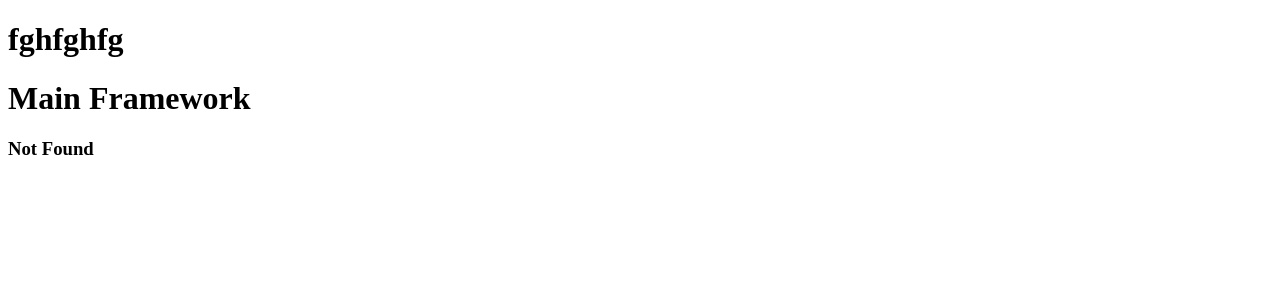
Repository: GregorPiev/angularjs-add-book
Page: index.html
An editor plug-in stored every save of this project. The page is shown before and after the next save, followed by the edit.
The browser window is 1280 px wide. The pictures show the whole page.

Above is the page before, as saved 2020-09-23 15:30:20.

After the next save:
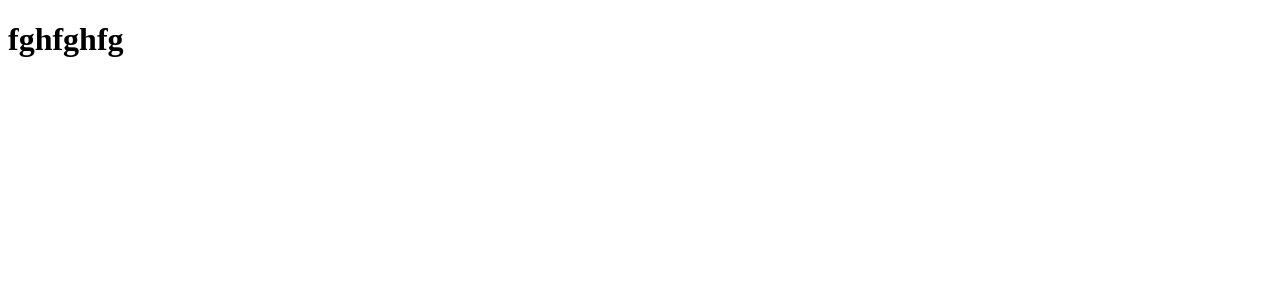
Console error (its wording comes from the project's code and is left out).
Saved 28 s later.
--- a/app/app.module.js
+++ b/app/app.module.js
@@ -4,5 +4,6 @@ angular.module('addBook', [
     'ngResource',
 
     'main',
-    'genre'
+    'genre',
+    'subgenre'
 ]);

After the save that followed:
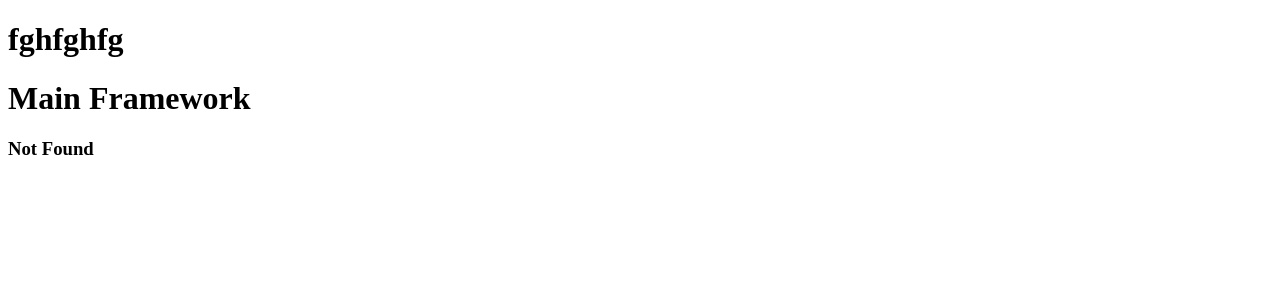
The error is gone.
Saved 15 s later.
--- a/index.html
+++ b/index.html
@@ -28,11 +28,11 @@
 		<script src="app/genre/genre.component.js"></script>
 		<script src="app/genre/component/genre.controller.js"></script>
 
-		<!-- <script src="app/subgenre/subgenre.module.js"></script>
+		<script src="app/subgenre/subgenre.module.js"></script>
 		<script src="app/subgenre/subgenre.component.js"></script>
 		<script src="app/subgenre/component/subgenre.controller.js"></script>
 
-		<script src="app/add-subgenre/add-subgenre.module.js"></script>
+		<!-- <script src="app/add-subgenre/add-subgenre.module.js"></script>
 		<script src="app/add-subgenre/add-subgenre.component.js"></script>
 		<script src="app/add-subgenre/component/add-subgenre.controller.js"></script>
 
